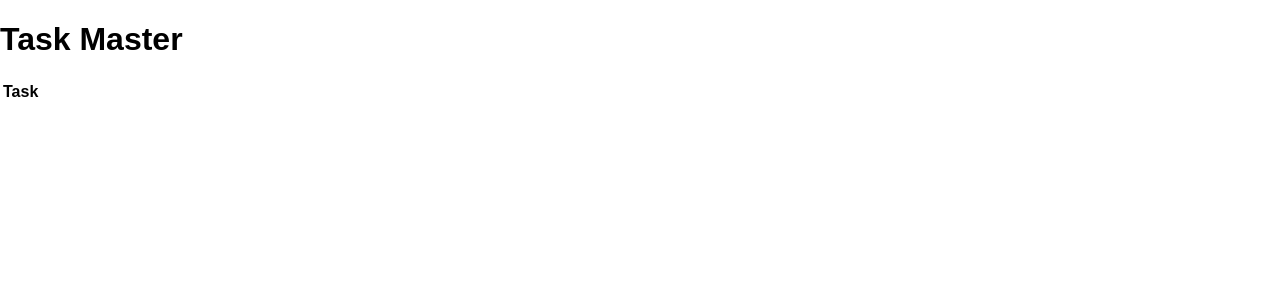
Repository: shaysnutss/FirstFlaskApp
Page: http://localhost/
The author's editor kept a copy of each file at every save. The page is drawn from the files as they stood at one save, then again after a run of saves.
The browser window is 1280 px wide. The pictures show the whole page.
The page is served by the project's application, run on Flask 3 (app.py).

Above is the page before, as saved 2022-08-25 01:07:46.

### templates/index.html
{% extends 'base.html' %}

{% block head %}

{% endblock %}

{% block body %}
<div class="content">
    <h1>Task Master</h1>
    <table>
        <tr>
            <th>Task</th>
        </tr>
    </table>

</div>
{% endblock %}

### templates/base.html
<!DOCTYPE html>
<html lang="en">
<head>
    <meta charset="UTF-8">
    <meta http-equiv="X-UA-Compatible" content="IE=edge">
    <meta name="viewport" content="width=device-width, initial-scale=1.0">
    <link rel="stylesheet" href="{{ url_for('static',filename='css/main.css')}}">
    {% block head %}{% endblock %}
</head>
<body>
    {% block body %}{% endblock %}
</body>
</html>

### app.py
from flask import Flask, render_template, url_for
from flask_sqlalchemy import SQLAlchemy
from datetime import datetime

app = Flask(__name__)

app.config['SQLALCHEMY_DATABASE_URI' ] = 'sqlite:///test.db'
db = SQLAlchemy(app)

class Todo(db.Model):
    id = db.Column(db.Integer, primary_key=True)
    content = db.Column(db.String(200), nullable=False)
    completed = db.Column(db.Integer, default=0)
    date_created = db.Column(db.DateTime, default=datetime.utcnow)

def __repr__(self):
    return '<Task %r> ' % self.id

@app.route('/')
def index():
    return render_template('index.html')

if __name__ == '__main__':
    app.run(debug=True)

Loaded but not shown: static/css/main.css (common file)

After the next 4 saves:
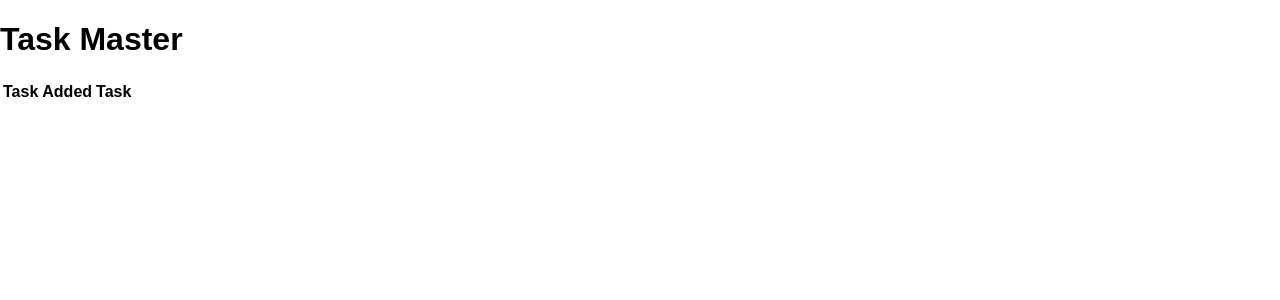
The 4 saves are shown as one change because they came seconds apart.
The last was saved 10 s later.
--- a/templates/index.html
+++ b/templates/index.html
@@ -10,6 +10,8 @@
     <table>
         <tr>
             <th>Task</th>
+            <th>Added</th>
+            <th>Task</th>
         </tr>
     </table>
 
